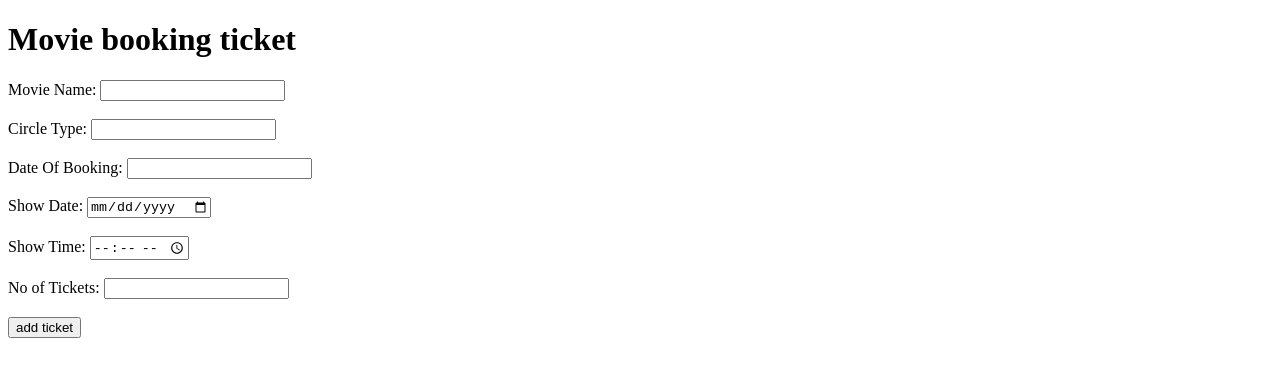
Repository: karthi-koundinya/SpringBootActivity
Page: http://localhost/movieapp/WEB-INF/jsp/bookticket.jsp
The author's editor kept a copy of each file at every save. The page is drawn from the files as they stood at one save, then again after the next save.
The browser window is 1280 px wide. The pictures show the whole page.
The page is served by Tomcat 9. Nobody is signed in. The template is opened directly, without the code that normally fills it, so the values that code supplies are empty.

Above is the page before, as saved 2021-12-01 08:32:20.

After the next save:
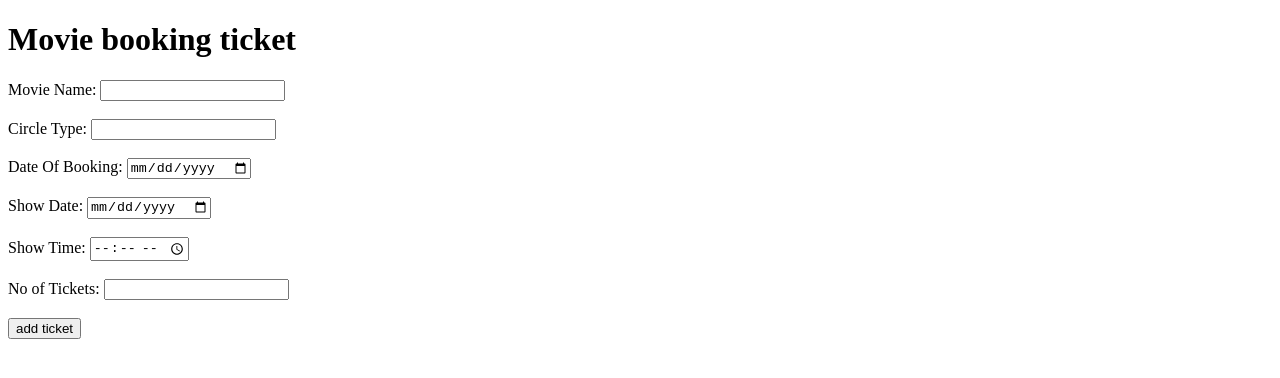
Saved 85 s later.
--- a/movieapp/src/main/webapp/WEB-INF/jsp/bookticket.jsp
+++ b/movieapp/src/main/webapp/WEB-INF/jsp/bookticket.jsp
@@ -11,10 +11,10 @@
 <form action="bookingticket" method="post">
 Movie Name: <input type="text" name="mname"><br><br>
 Circle Type: <input type="text" name="cname"><br><br>
-Date Of Booking: <input type="text" name="dateofbooking"><br><br>
+Date Of Booking: <input type="date" name="dateofbooking"><br><br>
 Show Date: <input type="date" name="showdate" placeholder="yyyy-mm-dd"><br><br>
 Show Time: <input type="time" name="showtime"><br><br>
-No of Tickets: <input type="text" name="noofticket"><br><br>
+No of Tickets: <input type="number" name="noofticket"><br><br>
 <input type="submit" value="add ticket">
 </form>
 </body>
